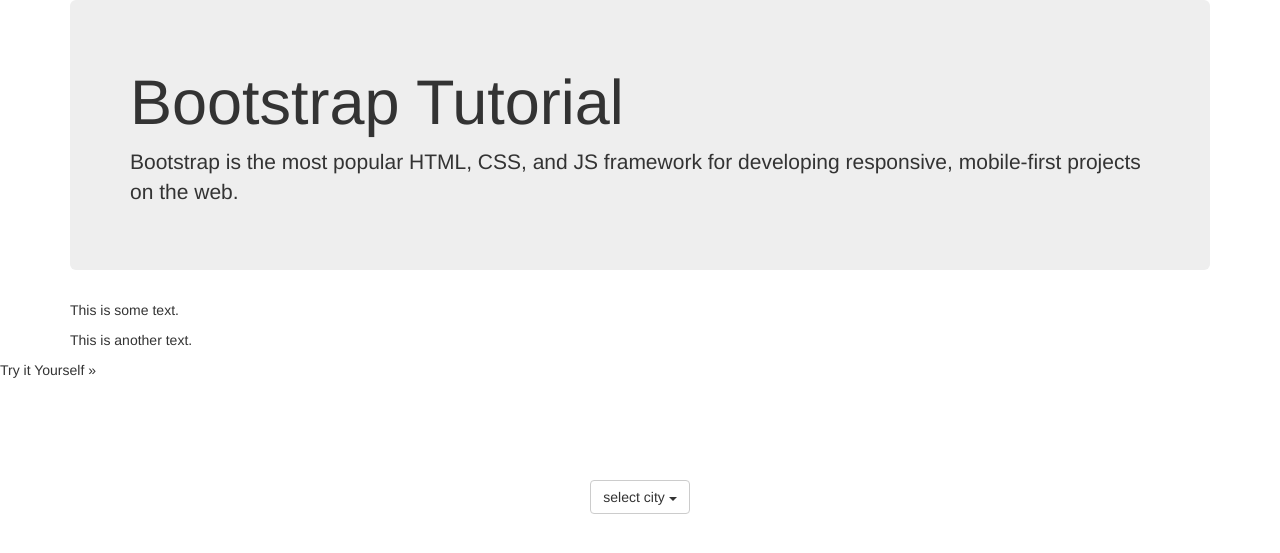
Repository: ganz-95/Denuvo-final
Page: http://localhost/restaurant/
These files come from the project's save history. The page is drawn as it stood at one moment and after the next save; the edit follows.
The browser window is 1280 px wide. The pictures show the whole page.
Some web libraries are served in a nearby version. The page is served by Tomcat 9.

Above is the page before, as saved 2017-01-23 14:54:13.

### workspace/restaurant/src/main/webapp/index.jsp
<!DOCTYPE html>
<html>
<head>
  <meta name="viewport" content="width=device-width, initial-scale=1">
  <link rel="stylesheet" href="https://maxcdn.bootstrapcdn.com/bootstrap/3.3.7/css/bootstrap.min.css">
  <script src="https://ajax.googleapis.com/ajax/libs/jquery/3.1.1/jquery.min.js"></script>
  <script src="https://maxcdn.bootstrapcdn.com/bootstrap/3.3.7/js/bootstrap.min.js"></script>
</head>
<body>
<div class="container">
  <div class="jumbotron">
    <h1>Bootstrap Tutorial</h1>
    <p>Bootstrap is the most popular HTML, CSS, and JS framework for developing
    responsive, mobile-first projects on the web.</p>
  </div>
  <p>This is some text.</p>
  <p>This is another text.</p>
</div>
Try it Yourself »


<div class="container" align="center">

  <br><br><br><br><br>

  <div class="dropdown">
    <button class="btn btn-default dropdown-toggle" type="button" data-toggle="dropdown">select city
    <span class="caret"></span></button>
    <ul class="dropdown-menu" align="center">
      <li class="dropdown-header">Popular</li>
      <li><a href="#">Chennai</a></li>
      <li><a href="#">Mumbai</a></li>
      <li><a href="#">Delhi</a></li>
      <li class="divider"></li>
      <li class="dropdown-header">Others</li>
      <li><a href="#">banglore</a></li>
      <li><a href="#">Hyderabad</a></li>
    </ul>
  </div>
</div>

</body>
</html>

After the next save:
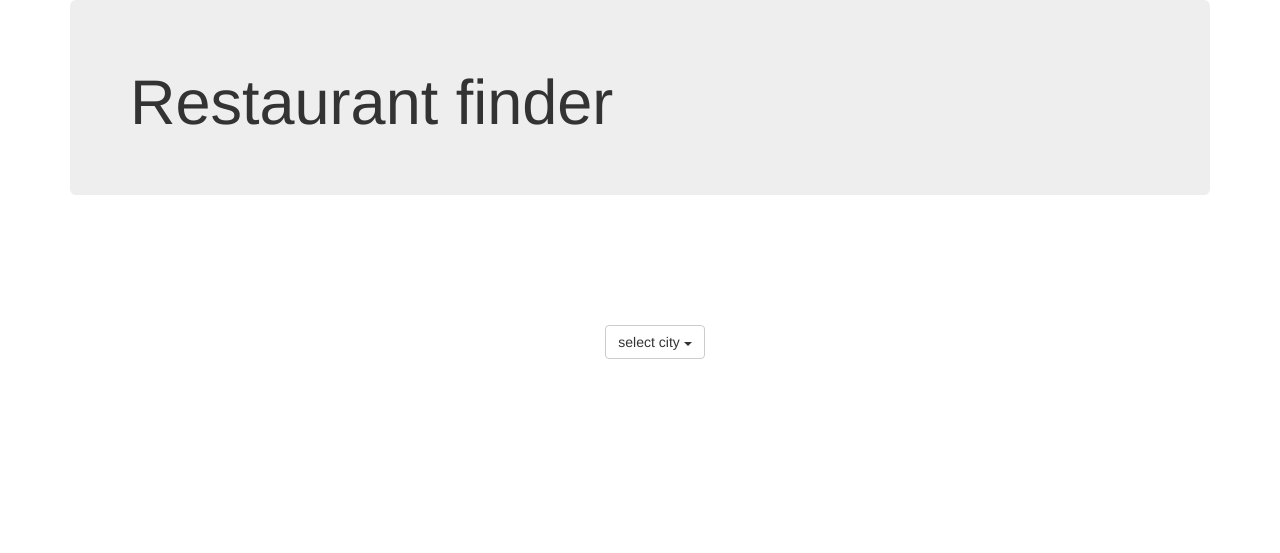
Saved 38 s later.
--- a/workspace/restaurant/src/main/webapp/index.jsp
+++ b/workspace/restaurant/src/main/webapp/index.jsp
@@ -9,14 +9,9 @@
 <body>
 <div class="container">
   <div class="jumbotron">
-    <h1>Bootstrap Tutorial</h1>
-    <p>Bootstrap is the most popular HTML, CSS, and JS framework for developing
-    responsive, mobile-first projects on the web.</p>
-  </div>
-  <p>This is some text.</p>
-  <p>This is another text.</p>
-</div>
-Try it Yourself »
+    <h1>Restaurant finder</h1>
+     </div>
+
 
 
 <div class="container" align="center">
